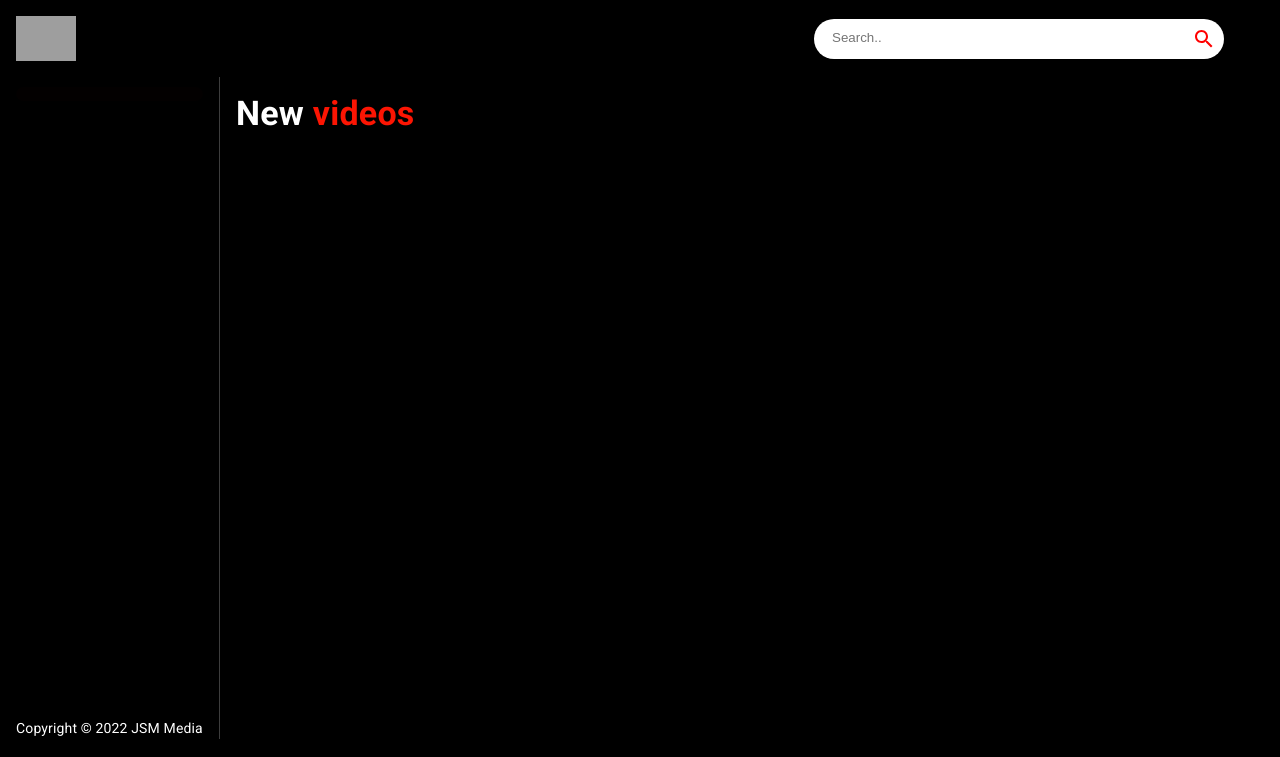
Repository: Arteinsana7/youtube_clone
Page: /
An editor plug-in stored every save of this project. The page is shown before and after the next save, followed by the edit.
The browser window is 1280 px wide. The pictures show the whole page.
Pictures or frames that could not be fetched are drawn as grey boxes. The page's requests for data from a server got no answer. The project was rebuilt for these pictures with package versions that can differ from the ones it lists, and the page was loaded fresh each time. No one was signed in, and anything a server would have sent is missing. Also part of the build but not shown: src/components/ChannelDetail.jsx, src/components/SearchFeed.jsx, src/components/VideoDetail.jsx.

Above is the page before, as saved 2024-06-11 13:53:28.

### public/index.html
<!DOCTYPE html>
<html lang="en">
  <head>
    <meta charset="utf-8" />
    <link rel="icon" href="%PUBLIC_URL%/favicon.ico" />
    <meta name="viewport" content="width=device-width, initial-scale=1" />
    <meta name="theme-color" content="#000000" />
    <meta
      name="description" content="Web site created using create-react-app"
    />
    <link rel="apple-touch-icon" href="%PUBLIC_URL%/logo192.png" />
    <link rel="manifest" href="%PUBLIC_URL%/manifest.json" />
    <link rel="preconnect" href="https://fonts.googleapis.com" />
    <link rel="preconnect" href="https://fonts.gstatic.com" crossorigin />
    <link
      rel="stylesheet"
      href="https://fonts.googleapis.com/css2?family=Roboto:wght@300;400;500;700&display=swap"
    />
    <link
  rel="stylesheet"
  href="https://fonts.googleapis.com/icon?family=Material+Icons"
/>
    <title>React App</title>
  </head>
  <body>
    <noscript>You need to enable JavaScript to run this app.</noscript>
    <div id="root"></div>
  </body>
</html>

### src/App.js
import { BrowserRouter, Routes, Route } from "react-router-dom";
import { Box } from "@mui/material";

import {
  Navbar,
  Feed,
  VideoDetail,
  ChannelDetail,
  SearchFeed,
} from "./components";

const App = () => (
  <BrowserRouter>
    <Box sx={{ backgroundColor: "#000" }}>
      <Navbar />
      <Routes>
        <Route path="/" exact element={<Feed />} />
        <Route path="/video / :id" element={<VideoDetail />} />
        <Route path="/channel / :id" element={<ChannelDetail />} />
        <Route path="/search / :searchTerm" element={<SearchFeed />} />
      </Routes>
    </Box>
  </BrowserRouter>
);

export default App;

### src/components/index.js
export { default as Navbar } from "./Navbar";
export { default as Feed } from "./Feed";
export { default as ChannelDetail } from "./ChannelDetail";
export { default as SearchFeed } from "./SearchFeed";
export { default as VideoDetail } from "./VideoDetail";
export { default as SearchBar } from "./SearchBar";
export { default as SideBar } from "./SideBar";
export { default as Videos } from "./Videos";

### src/components/Feed.jsx
import { useState, useEffect} from 'react';
import { Box, Stack, Typography  } from '@mui/material';
import {SideBar, Videos} from './'

import { fetchFromAPI } from '../utils/fetchFromAPI';


const Feed = () => {
  const [selectedCategory, setSelectedCategory] = useState("New");
  const [videos, setVideos] = useState(null);

  useEffect(() => {
    setVideos(null);

    fetchFromAPI(`search?part=snippet&q=${selectedCategory}`)
      .then((data) => setVideos(data.items))
    }, [selectedCategory]);

  return (
    <Stack sx={{ flexDirection: { sx: "column", md: "row" } }}>
      <Box sx={{ height: { sx: "auto", md: "92vh" }, borderRight: "1px solid #3d3d3d", px: { sx: 0, md: 2 } }}>
        <SideBar selectedCategory={selectedCategory} setSelectedCategory={setSelectedCategory} />

        <Typography className="copyright" variant="body2" sx={{ mt: 1.5, color: "#fff", }}>
          Copyright © 2022 JSM Media
        </Typography>
      </Box>

      <Box p={2} sx={{ overflowY: "auto", height: "90vh", flex: 2 }}>
        <Typography variant="h4" fontWeight="bold" mb={2} sx={{ color: "white" }}>
          {selectedCategory} <span style={{ color: "#FC1503" }}>videos</span>
        </Typography>

        <Videos videos={videos} />
      </Box>
    </Stack>
  );
};

export default Feed;

### src/components/SearchBar.jsx

import { useState } from 'react';
import { useNavigate } from 'react-router-dom';
import { Paper, IconButton } from '@mui/material';
import { Search  } from '@mui/icons-material';

import React from 'react'

const SearchBar = () => {
  return (
    <Paper
    component="form"
    onSubmit={() => {}}
    sx={{
        borderRadius:20,
        border: '1 px solid #e3e3e3',
        pl:2,
        boxShadow : 'none',
        mr : {sm: 5}
    }}
    >
      <input
      className="search-bar"
      placeholder='Search..'
      value=""
      onChange={()=> {} }
      />
      <IconButton type="submit"
      sx={{p:'10 px', color: 'red'}}>
      <Search />
      </IconButton>
    </Paper>
  )
}

export default SearchBar

### src/components/SideBar.jsx
import { Stack } from'@mui/material'
import { categories} from '../utils/constants';


const SideBar = ({ selectedCategory,setSelectedCategory}) => (
    <Stack
      direction="row"
      sx={{
        overflowY: "auto",
        height : { sx: 'auto', md : '95%'},
        flexDirection : { md: 'column'},
      }}

      >
        {categories.map((category) => (
          <button
          className='category-btn'
          style={{background: category.name ===
            selectedCategory && '#FC150403',
          color : 'white' }}
          key = {category.name}
          >
            <span style={{color: category.name
              === selectedCategory ? 'white' : 'red', marginRight : '15px' }}>{categories.icon}</span>
            <span style={{opacity: category.name === selectedCategory ? '1' : '0.8'}}

            >{categories.name}</span>
          </button>
        ))}
    </Stack>

      );

export default SideBar

### src/components/Videos.jsx
import React from 'react'

const Videos = () => {
  return (
    <div>
      Videos
    </div>
  )
}

export default Videos

### src/utils/constants.js
import MusicNoteIcon from "@mui/icons-material/MusicNote";
import HomeIcon from "@mui/icons-material/Home";
import CodeIcon from "@mui/icons-material/Code";
import OndemandVideoIcon from "@mui/icons-material/OndemandVideo";
import SportsEsportsIcon from "@mui/icons-material/SportsEsports";
import LiveTvIcon from "@mui/icons-material/LiveTv";
import SchoolIcon from "@mui/icons-material/School";
import FaceRetouchingNaturalIcon from "@mui/icons-material/FaceRetouchingNatural";
import CheckroomIcon from "@mui/icons-material/Checkroom";
import GraphicEqIcon from "@mui/icons-material/GraphicEq";
import TheaterComedyIcon from "@mui/icons-material/TheaterComedy";
import FitnessCenterIcon from "@mui/icons-material/FitnessCenter";
import DeveloperModeIcon from "@mui/icons-material/DeveloperMode";

export const logo = "https://i.ibb.co/s9Qys2j/logo.png";

export const categories = [
  { name: "New", icon: <HomeIcon /> },
  { name: "JS Mastery", icon: <CodeIcon /> },
  { name: "Coding", icon: <CodeIcon /> },
  { name: "ReactJS", icon: <CodeIcon /> },
  { name: "NextJS", icon: <CodeIcon /> },
  { name: "Music", icon: <MusicNoteIcon /> },
  { name: "Education", icon: <SchoolIcon /> },
  { name: "Podcast", icon: <GraphicEqIcon /> },
  { name: "Movie", icon: <OndemandVideoIcon /> },
  { name: "Gaming", icon: <SportsEsportsIcon /> },
  { name: "Live", icon: <LiveTvIcon /> },
  { name: "Sport", icon: <FitnessCenterIcon /> },
  { name: "Fashion", icon: <CheckroomIcon /> },
  { name: "Beauty", icon: <FaceRetouchingNaturalIcon /> },
  { name: "Comedy", icon: <TheaterComedyIcon /> },
  { name: "Gym", icon: <FitnessCenterIcon /> },
  { name: "Crypto", icon: <DeveloperModeIcon /> },
];

export const demoThumbnailUrl = "https://i.ibb.co/G2L2Gwp/API-Course.png";
export const demoChannelUrl = "/channel/UCmXmlB4-HJytD7wek0Uo97A";
export const demoVideoUrl = "/video/GDa8kZLNhJ4";
export const demoChannelTitle = "JavaScript Mastery";
export const demoVideoTitle =
  "Build and Deploy 5 JavaScript & React API Projects in 10 Hours - Full Course | RapidAPI";
export const demoProfilePicture =
  "http://dergipark.org.tr/assets/app/images/buddy_sample.png";

### src/utils/fetchFromAPI.js
import axios from "axios";

const BASE_URL =
  "https://youtube-v38.p.rapidapi.com/search/?q=despacito&hl=en&gl=US";

const options = {
  params: {
    maxresults: "50",
  },

  headers: {
    "x-rapidapi-key": process.env.REACT_APP_RAPID_KEY,
    "x-rapidapi-host": "youtube-v38.p.rapidapi.com",
  },
};

export const fetchFromAPI = async (url) => {
  const { data } = await axios.get(`${BASE_URL}/${url}`, options);
  return data;
};

Loaded but not shown: src/index.js (common file); src/index.css (common file); src/components/Navbar.jsx (common file)

After the next save:
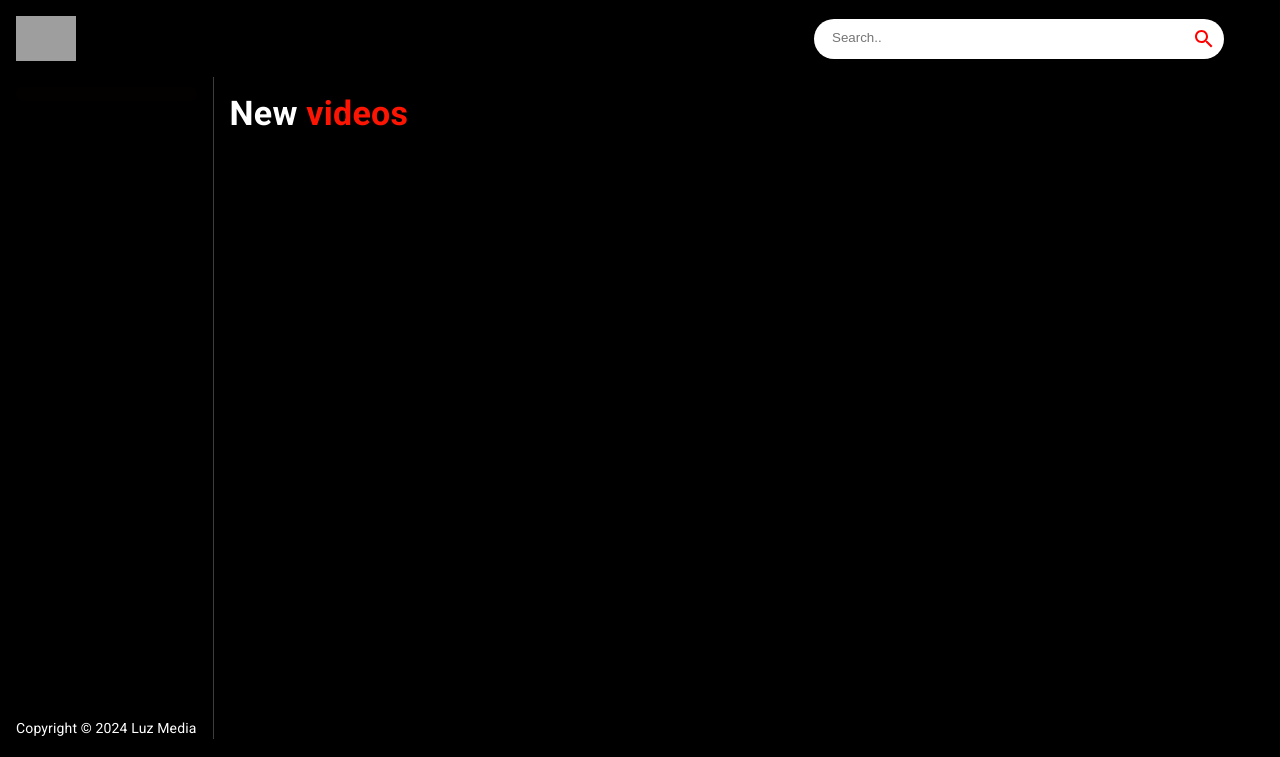
Saved 31 s later.
--- a/src/components/Feed.jsx
+++ b/src/components/Feed.jsx
@@ -22,7 +22,7 @@ const Feed = () => {
         <SideBar selectedCategory={selectedCategory} setSelectedCategory={setSelectedCategory} />
 
         <Typography className="copyright" variant="body2" sx={{ mt: 1.5, color: "#fff", }}>
-          Copyright © 2022 JSM Media
+          Copyright © 2024 Luz Media
         </Typography>
       </Box>
 
